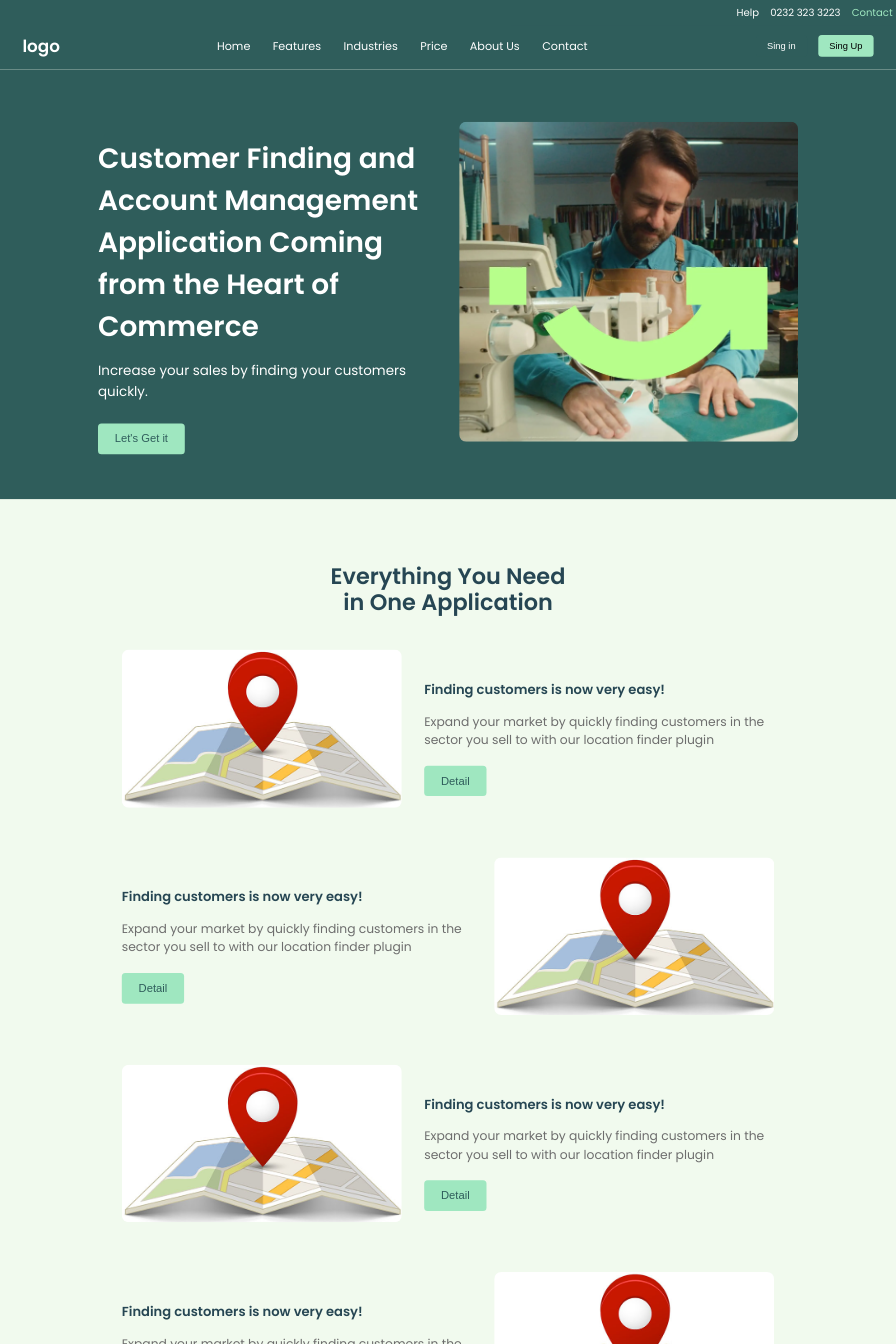
Repository: senolinanyasar/myrouteapplication
Page: /
The author's editor kept a copy of each file at every save. The page is drawn from the files as they stood at one save, then again after the next save.
The browser window is 1280 px wide. The pictures show the part of the page from y = 0 to 1920 px (the page is 4280 px tall), at 70% of full size.
The project was rebuilt for these pictures with package versions that can differ from the ones it lists, and the page was loaded fresh each time. Also part of the build but not shown: vite.config.js, src/components/PricingPage.css, src/components/PricingPage.js.

Above is the page before, as saved 2024-11-15 20:59:37.

### src/index.css
@import url('https://fonts.googleapis.com/css2?family=Poppins:wght@400;600&display=swap');

body {
  font-family: 'Poppins', sans-serif;
  color: #264653;
  background-color: #f1faee;
  margin: 0;
  padding: 0;
  box-sizing: border-box;
}

code {
  font-family: source-code-pro, Menlo, Monaco, Consolas, 'Courier New',
    monospace;
}

### src/App.js
import React from 'react';
import { BrowserRouter as Router, Route, Routes } from 'react-router-dom';
import Header from './components/Header';
import HomePage from './components/HomePage';
import PricingPage from './components/PricingPage';


function App() {
  return (
    <Router>
      <Header />
      <Routes>
        <Route path='/' element={<HomePage />} />
        <Route path='/pricing' element={<PricingPage />} />
      </Routes>
    </Router>

  );
}

export default App;

### src/components/Header.js
// Header.js
import React from 'react';
import './Header.css';
import { Link } from 'react-router-dom';

const Header = () => {
    return (
        <header className="header">
            <div className="header-logo">logo</div>
            <nav className="header-nav">

                    <Link to="/">Home</Link>
                    <Link to="/features">Features</Link>
                    <Link to="/industries">Industries</Link>
                    <Link to="/pricing">Price</Link>
                    <Link to="/aboutus">About Us</Link>
                    <Link to="/contact">Contact</Link>



            </nav>
            <div className="header-buttons">
                <button className="login-button">Sing in</button>
                <button className="register-button">Sing Up</button>
            </div>
        </header>
    );
};


export default Header;

### src/components/HomePage.js
// HomePage.js
import React from 'react';
import TopBar from './TopBar';
import Header from './Header';
import HeroSection from './HeroSection';
import FeaturesSection from './FeaturesSection';
import PricingSection from './PricingSection';
import SupportSection from './SupportSection';
import IndustriesTab from './IndustriesTab';
import Footer from './Footer';

const HomePage = () => {
    return (
        <div>
            <TopBar />
            <HeroSection />
            <FeaturesSection />
            <SupportSection />
            <IndustriesTab />
            <PricingSection />
            <Footer />
        </div>
    );
};

export default HomePage;

### src/components/Header.css
/* Header.css */
.header{
    display: flex;
    justify-content: space-between;
    align-items: center;
    padding: 1rem 2rem;
    background-color: #2f5d5b;
    color: white;
    margin-top: 2rem;
    position: sticky;
    top: 2rem;
    z-index: 999;
}


.header-logo {
    font-size: 1.5rem;
    font-weight: bold;
}
.header-nav a{
    margin: 0 1rem;
    color: white;
    text-decoration: none;
}
.header-nav a:hover {
    color: #e9c46a;
  }

.header-buttons button{
    margin-left: 1rem;
    padding: 0.5rem 1rem;
    border: none;
    border-radius: 5px;
}

.login-button{
    background-color: #2f5d5b;
    color: white;
}

.register-button{
    background-color: #9fe7c0;
    color: black;
}

### src/components/TopBar.js
// TopBar.js
import React from 'react';
import './TopBar.css';

const TopBar = () => {
    return (
        <div className="top-bar">
            <div className="top-bar-content">
                <span>Help</span>
                <span>0232 323 3223</span>
                <a href="#contact">Contact</a>
            </div>
        </div>
    );
};

export default TopBar;

### src/components/HeroSection.js
// HeroSection.js
import React from 'react';
import './HeroSection.css';
import herosectionimage from '../images/hero1.webp';

const HeroSection = () =>{
    return(
        <section className="hero">
            <div className='hero-content'>
                <div className='hero-text'>
                    <h2>Customer Finding and Account Management Application Coming from the Heart of Commerce</h2>
                    <p>Increase your sales by finding your customers quickly.</p>
                    <button className='cta-button'>Let's Get it</button>
                </div>
                <div className='hero-image'>
                    <img src={herosectionimage} alt="Hero"/>
                </div>
            </div>
        </section>
    );
};

export default HeroSection;

### src/components/FeaturesSection.js
// FeaturesSection.js
import React from 'react';
import './FeaturesSection.css';
import locationImage from '../images/location.jpg';

const FeaturesSection = () => {
    return (
        <section className="features-section">
            <h2 className='features-title'>Everything You Need <br /> in One Application</h2>
            <div className='feature'>
                <div className='feature-text'>
                    <h3>Finding customers is now very easy!</h3>
                    <p>Expand your market by quickly finding customers in the sector you sell to with our location finder plugin</p>

                <button className='cta-button'>Detail</button>
            </div>
            <div className='feature-image'>
            <img src={locationImage} alt="Location Feature" />
            </div>
            </div>

            <div className='feature'>
                <div className='feature-text'>
                    <h3>Finding customers is now very easy!</h3>
                    <p>Expand your market by quickly finding customers in the sector you sell to with our location finder plugin</p>

                <button className='cta-button'>Detail</button>
            </div>
            <div className='feature-image'>
            <img src={locationImage} alt="Location Feature" />
            </div>
            </div>
            <div className='feature'>
                <div className='feature-text'>
                    <h3>Finding customers is now very easy!</h3>
                    <p>Expand your market by quickly finding customers in the sector you sell to with our location finder plugin</p>

                <button className='cta-button'>Detail</button>
            </div>
            <div className='feature-image'>
            <img src={locationImage} alt="Location Feature" />
            </div>
            </div>
            <div className='feature'>
                <div className='feature-text'>
                    <h3>Finding customers is now very easy!</h3>
                    <p>Expand your market by quickly finding customers in the sector you sell to with our location finder plugin</p>

                <button className='cta-button'>Detail</button>
            </div>
            <div className='feature-image'>
            <img src={locationImage} alt="Location Feature" />
            </div>
            </div>
        </section>
    );
};

export default FeaturesSection;

### src/components/PricingSection.js
// PricingSection.js
import React from "react";
import './PricingSection.css';

const PricingSection = () => {
    return (
        <section className="pricin-section">
          <div className="price-content">
          <h2>Affordable Prices for Those Who Know Their Worth at My Route Application!</h2>
          <button className="cta-button">Check Prices</button>
          </div>
      </section>
    );
};

export default PricingSection;

### src/components/SupportSection.js
//SupportSection.js
import React from "react";
import './SupportSection.css';
import supportImage from '../images/supportimage.jpg';


const SupportSection = () =>{
    return (
        <section className="support-section">
            <div className="support-content">
                <div className="support-text">
                <h2>We're Here for You When You Need Us!</h2>
          <p>We care about your business as much as you do.</p>
          <p>Whenever you need support, we are just a phone call away!</p>
          <button className="cta-button">Contact Us</button>
                </div>
                <div className="support-image">
                <img src={supportImage} alt="Support Team" />
                </div>
            </div>
        </section>
    );
};

export default SupportSection;

### src/components/Footer.js
// Footer.js

import React from 'react';
import './Footer.css';
import { FaFacebook, FaInstagram, FaLinkedin, FaTwitter, FaYoutube } from 'react-icons/fa';

const Footer = () => {
    return (
        <footer className="footer">
            <div className='footer-content'>
                <div className='footer-left'>
                    <div className='footer-logo'>
                        <h2>My Route Application</h2>
                    </div>
                    <p>Kazımdirik Mahallesi, Üniversite <br />Caddesi Ağaçlı Yol No: 37-39, <br />35100 Bornova/İzmir</p>
                    <div className='social-icons'>
                        <FaFacebook />
                        <FaTwitter />
                        <FaInstagram />
                        <FaLinkedin />
                        <FaYoutube />
                    </div>
                </div>

                <div className="footer-right">
                <br/><br/><br/><br/>
                    <div className='footer-section'>
                        <h4>Features</h4>
                        <ul>
                            <li>Location-Based Customer Search</li>
                            <li>Customer Management</li>
                            <li>Customer Tracking</li>
                            <li>Sales Tracking</li>
                            <li>Basic Accounting</li>
                            <li>Inventory Tracking</li>
                            <li>Reporting</li>
                        </ul>
                    </div>

                    <div className="footer-section">
                        <h4>Privileges</h4>
                        <ul>
                            <li>Industries</li>
                            <li>Pricing</li>
                            <li>Support</li>
                        </ul>
                    </div>

                    <div className="footer-section">
                        <h4>About Us</h4>
                        <ul>
                            <li>Privacy Policy</li>
                            <li>KVKK Disclosure Text</li>
                        </ul>
                    </div>
                </div>
            </div>

            <div className="footer-bottom">
                <p>&copy; 2024 My Route Application. All rights reserved.</p>
            </div>
        </footer>
    );
};

export default Footer;

### src/components/TopBar.css
/* TopBar.css */

.top-bar {
    background-color: #2f5d5b;
    color: white;
    padding: 0.5rem;
    font-size: 0.9rem;
    display: flex;
    justify-content: center;
    position: fixed;
    top: 0;
    width: 99%;
    z-index: 1000;
}
.top-bar-content {
    display: flex;
    gap: 1rem;
    align-items: center;
    justify-content: flex-end;
    width: 100%;
}

.top-bar-content span{
    color: #ffffff;
}
.top-bar-content a{
    color: #9fe7c0;
    text-decoration: none;
    transition: color 0.3s;
}

.top-bar-content a:hover{
    color: #c3f2d0;
}

### src/components/HeroSection.css
.hero {
    padding: 4rem 2rem;
    background-color: #2f5d5b;
    color: white;

}

.hero-content {
    display: flex;
    align-items: center;
    justify-content: space-between;
    max-width: 1000px;
    margin: 0 auto;
}

.hero-text {
    flex: 1;
    margin-right: 2rem;
}

.hero h2 {
    font-size: 2.5rem;
    margin-bottom: 1rem;

}

.hero p {
    font-size: 1.2rem;
    margin-bottom: 2rem;

}

.cta-button {
    padding: 0.8rem 1.5rem;
    font-size: 1rem;
    color: #2f5d5b;
    background-color: #9fe7c0;
    border: none;
    border-radius: 5px;
    cursor: pointer;
    transition: background-color 0.3s ease;
}

.cta-button:hover {
    background-color: #c3f2d0;
}

.hero-image {
    flex: 1;
    max-width: 500px;
    height: auto;

}

.hero-image img {
    width: 100%;
    height: auto;
    object-fit: cover;
    border-radius: 10px;
}

### src/components/FeaturesSection.css
/* FeaturesSection.css */
.features-section {
    padding: 4rem 2rem;
    text-align: center;
}

.features-title {
    font-size: 2rem;
    font-weight: 600;
    color: #264653;
    margin-bottom: 3rem;
    line-height: 1.2;
}



.feature {
    display: flex;
    align-items: center;
    justify-content: center;
    gap: 2rem;
    margin-bottom: 4rem;
    flex-direction: row;
}

.feature:nth-child(even) {
    flex-direction: row-reverse;
}

.feature-text {
    flex: 1;
    max-width: 500px;
    text-align: left;
}

.features h3 {
    font-size: 1.8rem;
    font-weight: 600;
    color: #264653;
    margin-bottom: 1rem;
}

.feature-text p {
    font-size: 1.1rem;
    color: #6d6d6d;
    margin-bottom: 1.5rem;
}

.cta-button {
    padding: 0.8rem 1.5rem;
    font-size: 1rem;
    color: #2f5d5b;
    background-color: #9fe7c0;
    border: none;
    border-radius: 5px;
    cursor: pointer;
    transition: background-color 0.3s ease;
    text-align: center;
}

.cta-button:hover {
    background-color: #c3f2d0;
}

.feature-image {
    flex: 1;
    max-width: 400px;
    height: auto;
}

.feature-image img {
    width: 100%;
    height: auto;
    object-fit: cover;
    border-radius: 10px;
}

### src/components/PricingSection.css
/* PricingSection.css */

.pricin-section{
    background-color: #f0fdeb;
    padding: 4rem 2rem;
    text-align: center;
}
.price-content{
    max-width: 800px;
    margin:  0 auto;
}

.price-content h2{
    font-size: 2rem;
    font-weight: 600;
    color: #264653;
    margin-bottom: 1.5rem;
}

.cta-button {
    padding: 0.8rem 1.5rem;
    font-size: 1rem;
    color: #2f5d5b;
    background-color: #9fe7c0;
    border: none;
    border-radius: 5px;
    cursor: pointer;
    transition: background-color 0.3s ease;
  }

  .cta-button:hover {
    background-color: #c3f2d0;
  }

### src/components/SupportSection.css
/*SupportSection.css */
.support-section{
    background-color: #f9fafb;
    padding: 4rem 2rem;
    display: flex;
    justify-content: center;
    align-items: center;
}

.support-content{
    display: flex;
    align-items: center;
    justify-content: space-between;
    max-width: 1200px;
    gap: 2rem;
}

.support-text{
    flex: 1;
    max-width: 500px;
    text-align: left;
}
.support-text h2{
    font-size: 2rem;
    color: #264653;
    margin-bottom: 1rem;
}

.support-text p {
    font-size: 1.1rem;
    color: #6d6d6d;
    margin-bottom: 1rem;
  }

  .cta-button {
    padding: 0.8rem 1.5rem;
    font-size: 1rem;
    color: #2f5d5b;
    background-color: #9fe7c0;
    border: none;
    border-radius: 5px;
    cursor: pointer;
    transition: background-color 0.3s ease;
  }

  .cta-button:hover {
    background-color: #c3f2d0;
  }

  .support-image {
    flex: 1;
    max-width: 500px;
  }

  .support-image img {
    width: 100%;
    height: auto;
    object-fit: cover;
    border-radius: 10px;
  }

### src/components/IndustriesTab.css
/*IndustriesTab */

.industries-tab{
    background-color: #ffffff;
    padding: 4rem 2rem;
    text-align: center;
}

.tabs-title{
    font-size: 2rem;
    font-weight: 600;
    color: #264653;
    margin-bottom: 2rem;
}

.tabs-buttons{
    display: flex;
    justify-content: center;
    gap: 1rem;
    margin-bottom: 2rem;
}

.tabs-buttons button{
    padding: 0.8rem 1.5rem;
    font-size: 1rem;
    color: #2f5d5b;
    background-color: #e0f7e7;
    border: none;
    border-radius: 5px;
    cursor: pointer;
    transition: background-color 0.3s ease;
}

.tabs-buttons button:hover,
.tabs-buttons button:focus{
    background-color: #9fe7c0;
}

.tabs-content{
    display: flex;
    justify-content: space-around;
    align-items: center;
    background-color: #f7faff;
    padding: 2rem;
    border-radius: 10px;
    box-shadow: 0 4px 10px rgba(0, 0, 0, 0.1);
    max-width: 1000px;
    margin:  0 auto;
}

.tabs-text {
    flex: 1;
    text-align: left;
    padding-left: 2rem;
}

.tabs-text h3 {
    font-size: 1.5rem;
    color: #264653;
    margin-bottom: 1rem;
}
.tabs-text p {
    color: #6d6d6d;
    margin-bottom: 1.5rem;
}

.tabs-feature{
    margin-bottom: 1rem;
}

.tabs-feature strong {
    display: block;
    color: #264653;
    margin-bottom: 0.3rem;
}

.tabs-image{
    flex: 1;
    max-width: 400px;
}

.tabs-image img{
    width: 100%;
    height: auto;
    border-radius: 10px;
    object-fit: cover;
}

### src/components/Footer.css
/* Footer.css */

.footer {
    background-color: #264653;
    color: #ffffff;
    padding: 3rem 2rem;
}
.footer-content{
    display: flex;
    max-width: 1200px;
    justify-content: space-around;
    margin: 0 auto;
}

.footerleft{
    flex: 1;
    max-width: 300px;
}

.footer-logo h2{
    font-size: 1.5rem;
    color: #ffffff;
    margin-bottom: 2rem;
}


.footer-left p{
    color: #c3c3c3;
    font-size: 0.9rem;
    margin-bottom: 2.5rem;
}

.social-icons{
    display: flex;
    gap: 1rem;
    font-size: 1.2rem;
}


.social-icons svg{
    color: #9fe7c0;
    cursor: pointer;
    transition: color 0.3s ease;
}
.social-icons svg:hover {
    color: #c3f2d0;
}

.footer-right{
    display: flex;
    gap: 3rem;
    flex: 2;
    margin-left: 5rem;
}

.footer-section{
    text-align: left;
}
.footer-section h4{
    font-size: 1.2rem;
    color: #9fe7c0;
    margin-bottom: 1rem;
}
.footer-section ul{
    list-style: none;
    padding: 0;
    margin: 0;

}

.footer-section ul li{
    font-size: 0.9rem;
    margin-bottom: 0.5rem;
    color: #c3c3c3;
    cursor: pointer;
    transition: color 0.3s ease;
}

.footer-sectionul li:hover{
    color: #ffffff;
}

.footer-bottom{
    text-align: center;
    font-size: 0.8rem;
    color: #c3c3c3;
    margin-top: 2rem;
}

Loaded but not shown: public/index.html (common file); src/index.js (common file); src/reportWebVitals.js (common file); src/components/IndustriesTab.js (84 lines, source omitted)

After the next save:
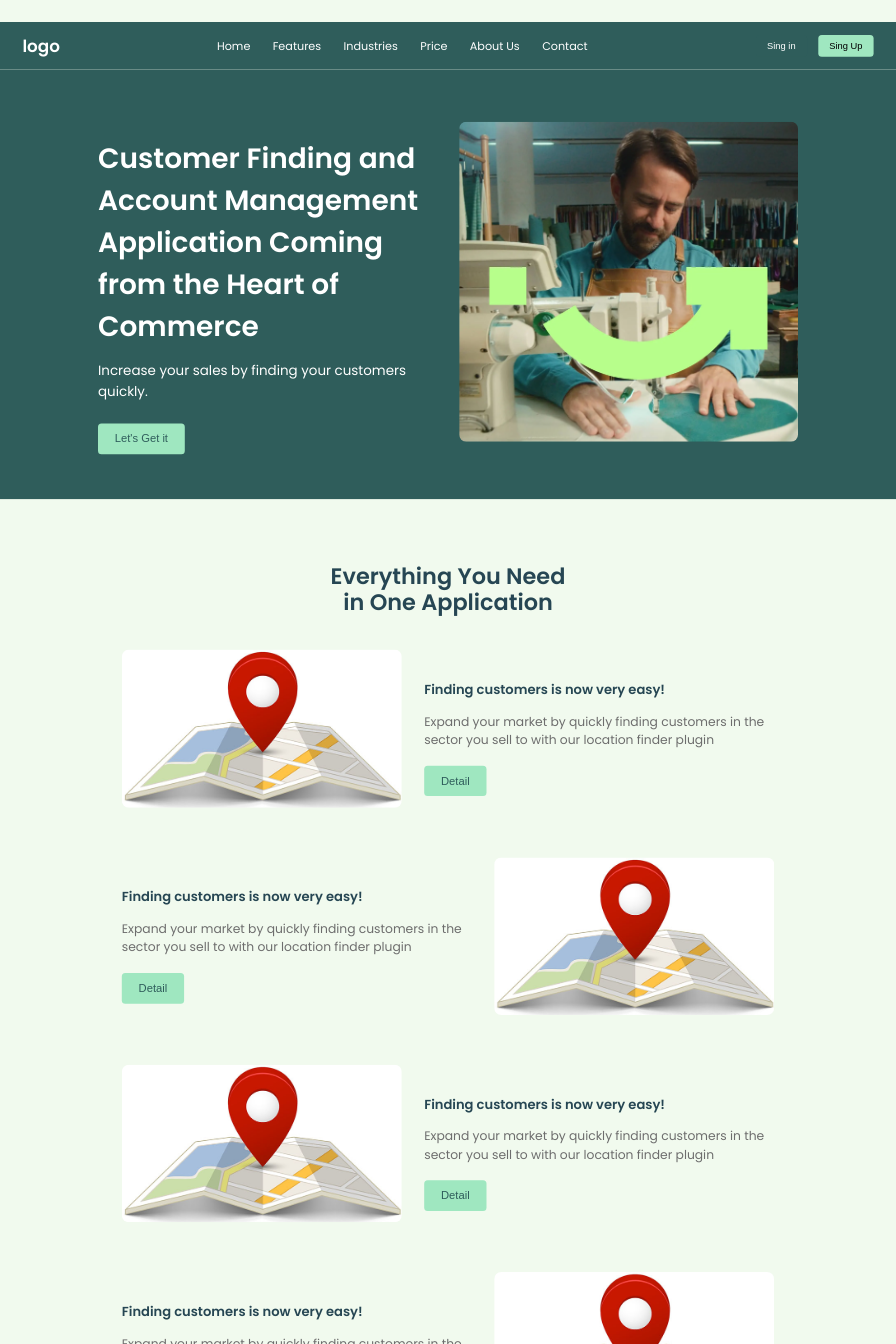
Saved 45 s later.
--- a/src/components/HomePage.js
+++ b/src/components/HomePage.js
@@ -12,7 +12,7 @@ import Footer from './Footer';
 const HomePage = () => {
     return (
         <div>
-            <TopBar />
+
             <HeroSection />
             <FeaturesSection />
             <SupportSection />

After the save that followed:
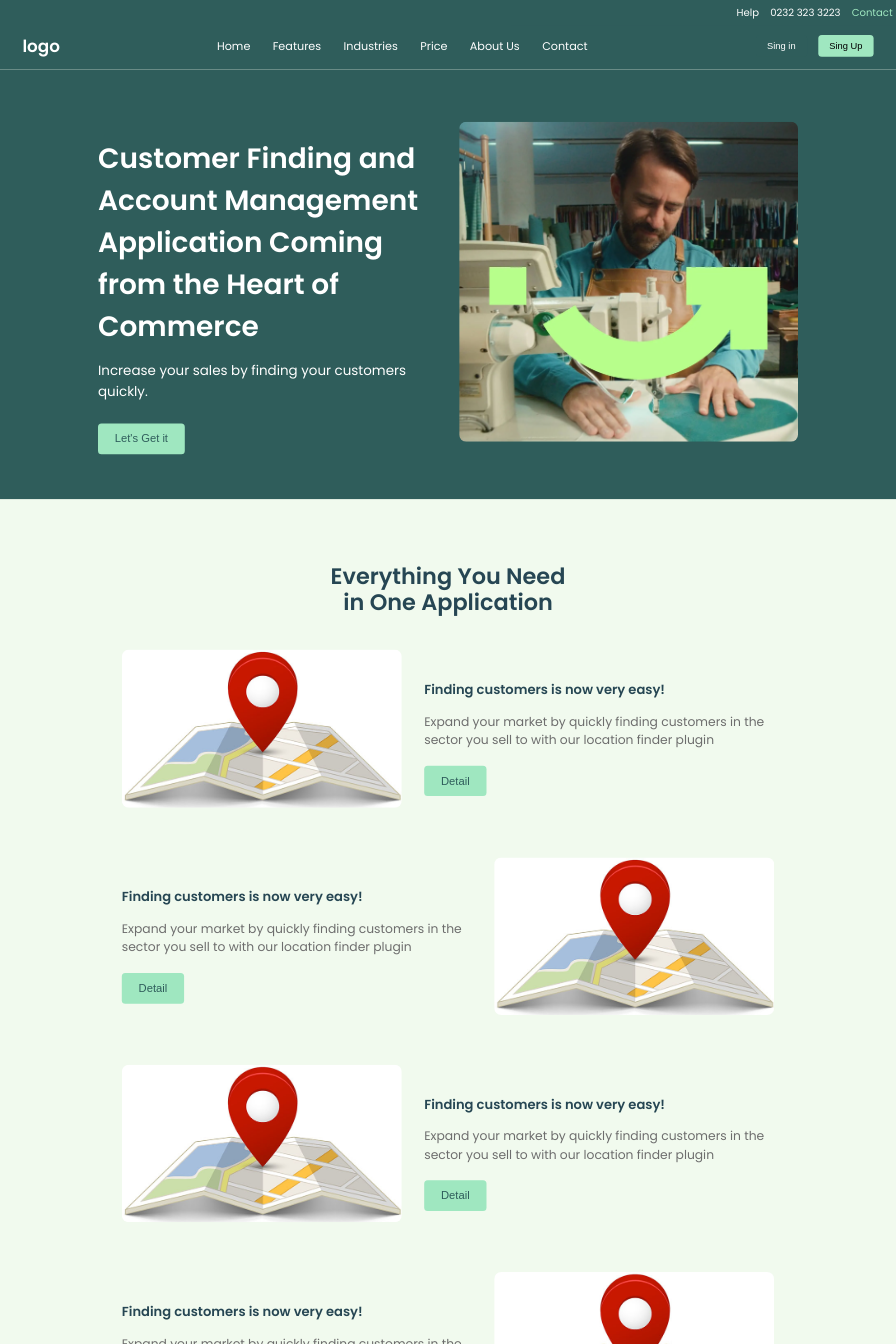
Saved 15 s later.
--- a/src/App.js
+++ b/src/App.js
@@ -3,11 +3,13 @@ import { BrowserRouter as Router, Route, Routes } from 'react-router-dom';
 import Header from './components/Header';
 import HomePage from './components/HomePage';
 import PricingPage from './components/PricingPage';
+import TopBar from './components/TopBar';
 
 
 function App() {
   return (
     <Router>
+      <TopBar/>
       <Header />
       <Routes>
         <Route path='/' element={<HomePage />} />
